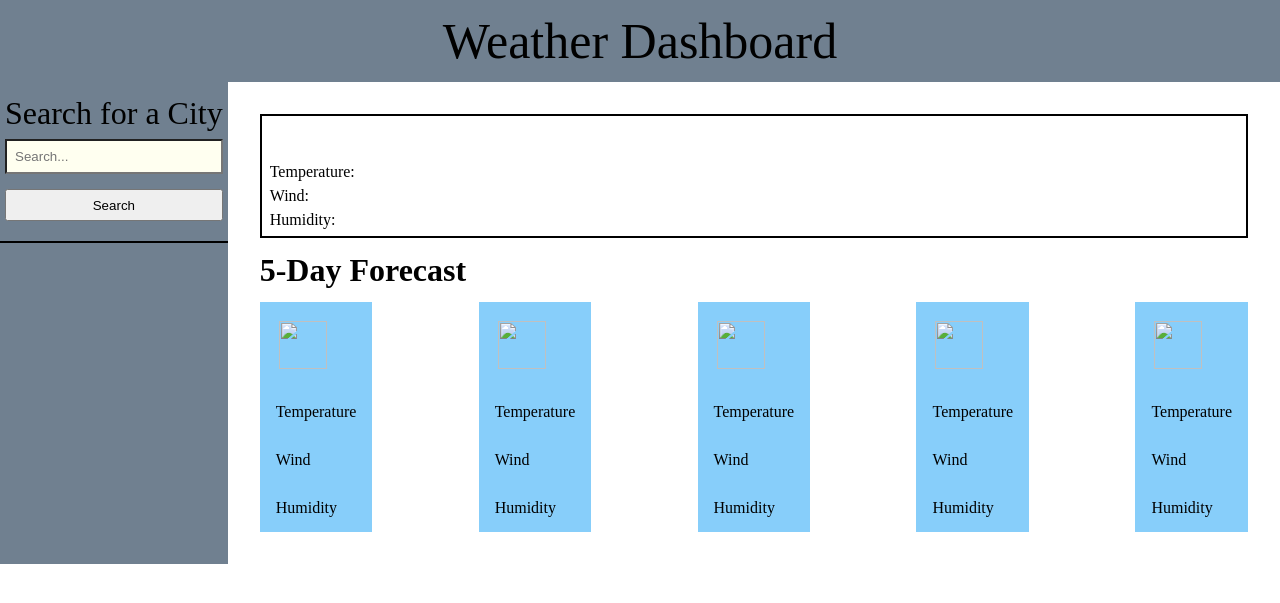
Repository: Pauldan1988/weather-dash
Page: index.html
The author's editor kept a copy of each file at every save. The page is drawn from the files as they stood at one save, then again after a run of saves.
The browser window is 1280 px wide. The pictures show the whole page.

Above is the page before, as saved 2023-01-16 11:30:40.

After the next 2 saves:
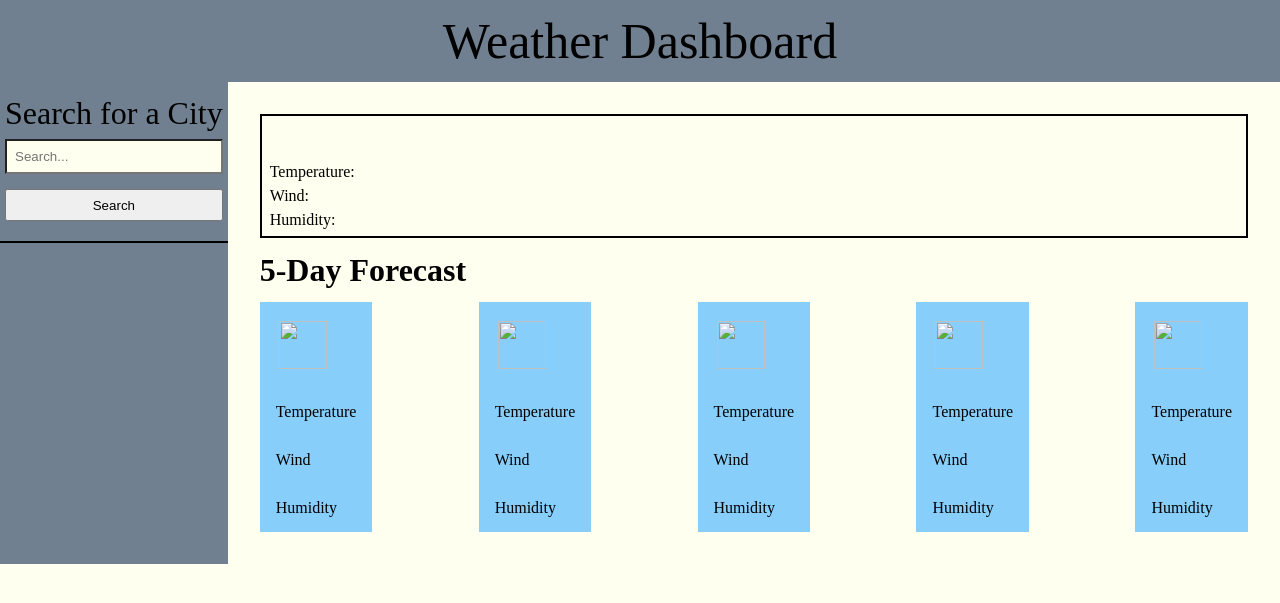
The 2 saves are shown as one change because they came seconds apart.
The last was saved 2 min 51 s later.
--- a/style.css
+++ b/style.css
@@ -4,7 +4,7 @@ main {
 }
 
 body {
-    background-color: ;
+    background-color: ivory;
 }
 
 header {
